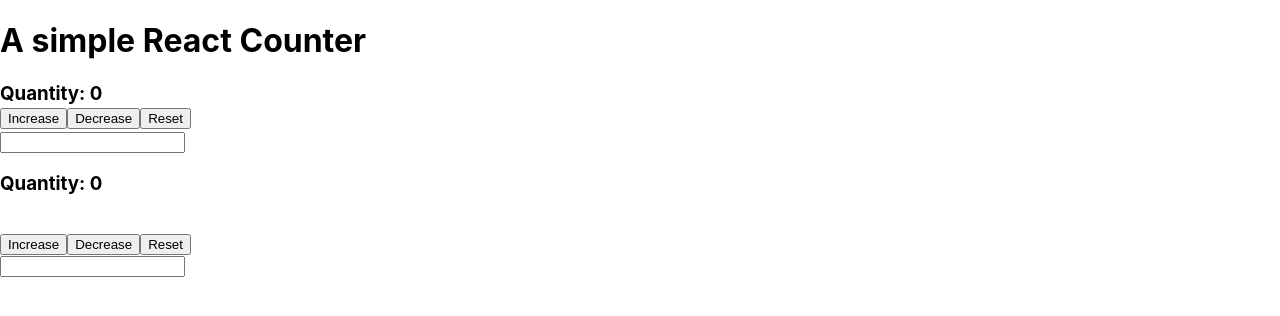
Repository: qudos4real/altschool-second-sem
Page: /
An editor plug-in stored every save of this project. The page is shown before and after the next save, followed by the edit.
The browser window is 1280 px wide. The pictures show the whole page.
The project was rebuilt for these pictures with package versions that can differ from the ones it lists, and the page was loaded fresh each time. Also part of the build but not shown: src/App.css.

Above is the page before, as saved 2022-11-03 02:27:02.

### src/App.js
import Counter from './Counter';
import './App.css';
import Reducer from './Reducer';



function App() {

  return (
    <>
    <h1>
      A simple React Counter
    </h1>
    <Counter />
    <Reducer />
    </>

  );
}

export default App;

### src/Counter.js
import React from "react";
import { useCounter } from "./useCounter";

function Counter() {
  const quantity = useCounter(0);
  return (
    <div>
      <h3>
        Quantity: {quantity.count}
        <br />
        <button onClick={quantity.increment}>Increase</button>
        <button onClick={quantity.decrement}>Decrease</button>
        <button onClick={quantity.reset}>Reset</button>
        <br />
        <input
          type="number"
          onChange={(e) => quantity.setValue(e.target.value)}
        />
      </h3>
    </div>
  );
}

export default Counter;

### src/Reducer.js
import React from 'react'
import { useReducer } from 'react';


function reducer(state, action) {
    switch (action.type) {
        case 'increment':
            return { count: state.count + 1 };
        case 'decrement':
            return { count: state.count - 1 };
        case 'reset':
            return { count: 0 };
            case "setValue":
                return { count: action.value };
        default:
            return state;
    }
}



 function Reducer() {
        const [state, dispatch] = useReducer(reducer, { count: 0 });
    return (
        <>
            <h3> Quantity: {state.count}</h3>
            <br />
            <button onClick={() => dispatch({ type: 'increment' })}>Increase</button>
            <button onClick={() => dispatch({ type: 'decrement' })}>Decrease</button>
            <button onClick={() => dispatch({ type: 'reset' })}>Reset</button>
            <br />
            <input type="number" onChange={(e) => dispatch({ type: "setValue", value: e.target.value })} />

        </>
    )
 }

 export default Reducer

### src/useCounter.js
import { useState } from "react";

export const useCounter = (initialValue) => {
    const [count, setCount] = useState(initialValue);
    const increment = () => {
        setCount(count + 1);
    };
    const decrement = () => {
        count > 0 && setCount(count - 1);
    };
    const reset = () => {
        setCount(initialValue);
    };
    const setValue = (value) => {
        setCount(value);
    };
    return { count, increment, decrement, reset, setValue };
};

Loaded but not shown: public/index.html (common file); src/index.js (common file); src/index.css (common file); src/reportWebVitals.js (common file)

After the next save:
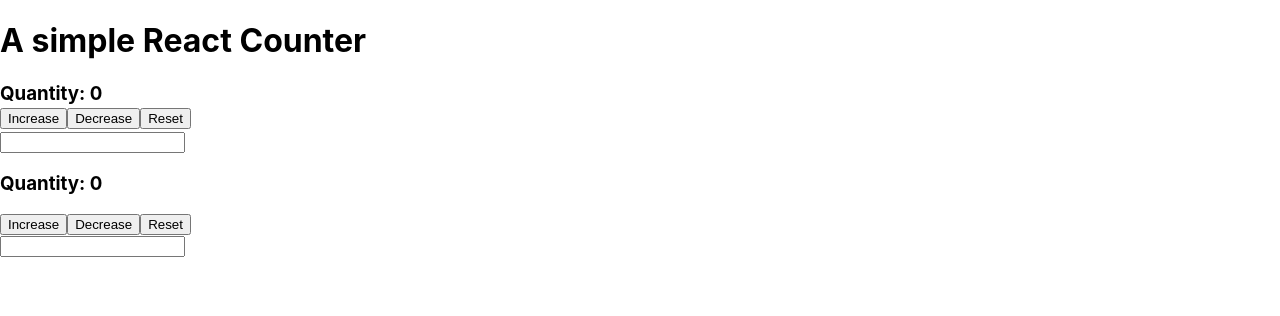
Saved 25 s later.
--- a/src/Reducer.js
+++ b/src/Reducer.js
@@ -1,38 +1,36 @@
-import React from 'react'
-import { useReducer } from 'react';
-
+import React from "react";
+import { useReducer } from "react";
 
 function reducer(state, action) {
-    switch (action.type) {
-        case 'increment':
-            return { count: state.count + 1 };
-        case 'decrement':
-            return { count: state.count - 1 };
-        case 'reset':
-            return { count: 0 };
-            case "setValue":
-                return { count: action.value };
-        default:
-            return state;
-    }
+  switch (action.type) {
+    case "increment":
+      return { count: state.count + 1 };
+    case "decrement":
+      return { count: state.count - 1 };
+    case "reset":
+      return { count: 0 };
+    case "setValue":
+      return { count: action.value };
+    default:
+      return state;
+  }
 }
 
+function Reducer() {
+  const [state, dispatch] = useReducer(reducer, { count: 0 });
+  return (
+    <>
+      <h3> Quantity: {state.count}</h3>
+      <button onClick={() => dispatch({ type: "increment" })}>Increase</button>
+      <button onClick={() => dispatch({ type: "decrement" })}>Decrease</button>
+      <button onClick={() => dispatch({ type: "reset" })}>Reset</button>
+      <br />
+      <input
+        type="number"
+        onChange={(e) => dispatch({ type: "setValue", value: e.target.value })}
+      />
+    </>
+  );
+}
 
-
- function Reducer() {
-        const [state, dispatch] = useReducer(reducer, { count: 0 });
-    return (
-        <>
-            <h3> Quantity: {state.count}</h3>
-            <br />
-            <button onClick={() => dispatch({ type: 'increment' })}>Increase</button>
-            <button onClick={() => dispatch({ type: 'decrement' })}>Decrease</button>
-            <button onClick={() => dispatch({ type: 'reset' })}>Reset</button>
-            <br />
-            <input type="number" onChange={(e) => dispatch({ type: "setValue", value: e.target.value })} />
-
-        </>
-    )
- }
-
- export default Reducer
+export default Reducer;

After the save that followed:
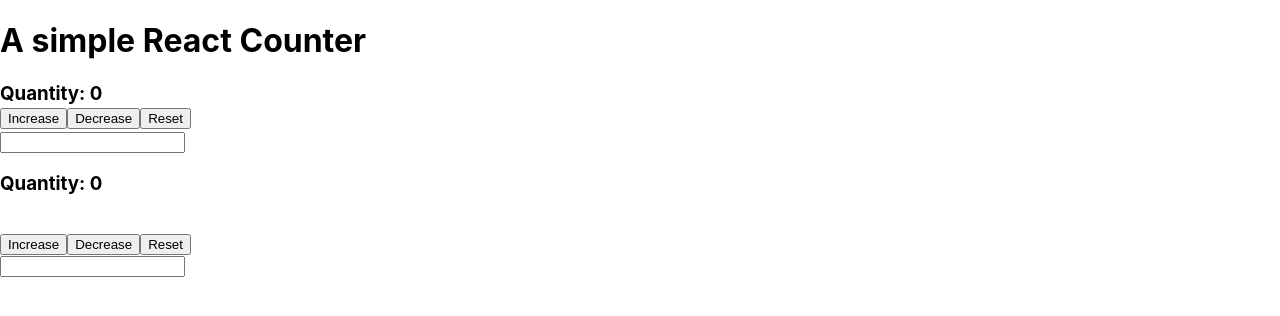
Saved 10 s later.
--- a/src/Reducer.js
+++ b/src/Reducer.js
@@ -21,6 +21,7 @@
   return (
     <>
       <h3> Quantity: {state.count}</h3>
+      <br />
       <button onClick={() => dispatch({ type: "increment" })}>Increase</button>
       <button onClick={() => dispatch({ type: "decrement" })}>Decrease</button>
       <button onClick={() => dispatch({ type: "reset" })}>Reset</button>
